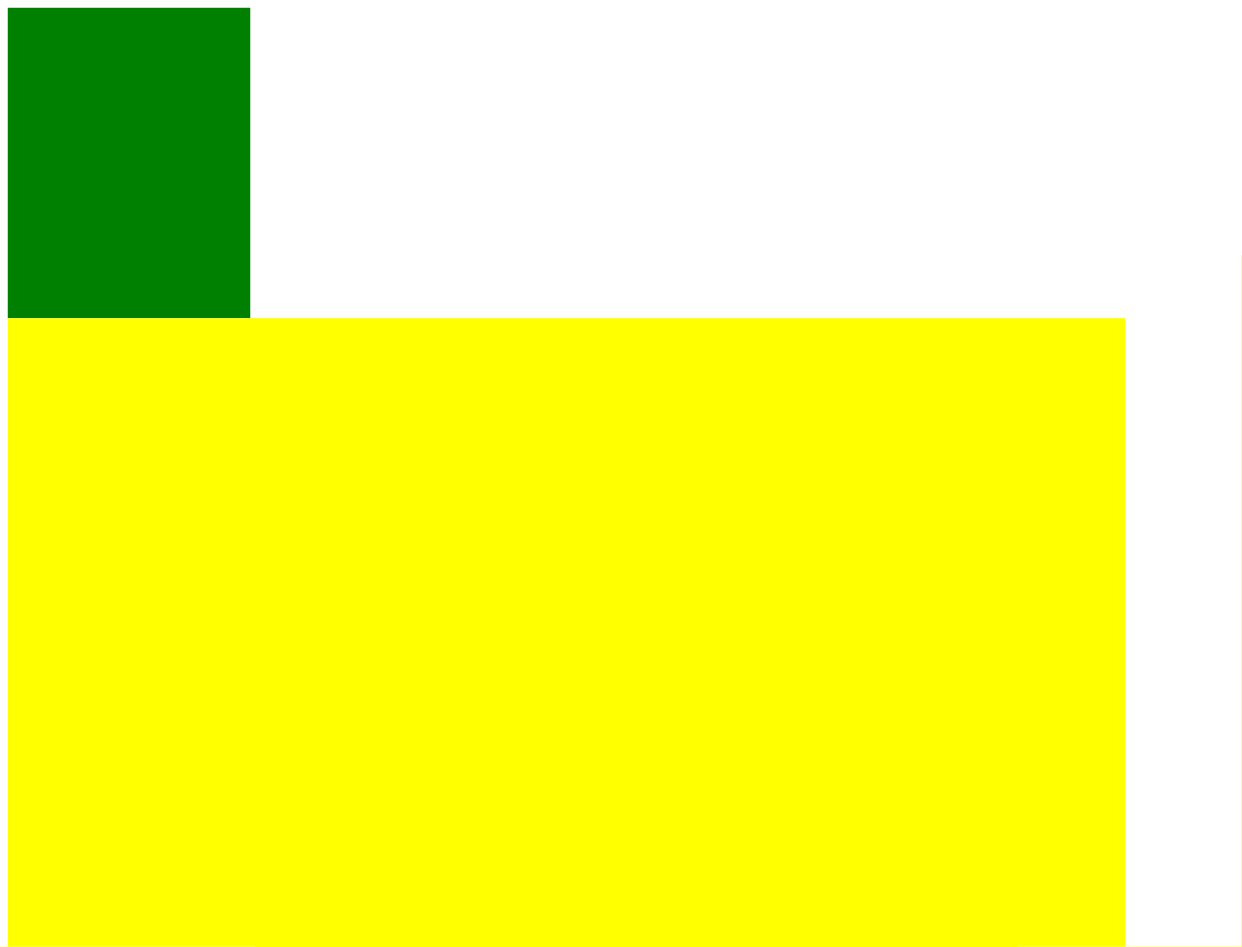
Repository: maixuanhieu/giftcard
Page: index.html
An editor plug-in stored every save of this project. The page is shown before and after a run of saves, followed by the edit.
The browser window is 1280 px wide. The pictures show the whole page, at 97% of full size.
The style sheet was rebuilt from its Sass, Less or Tailwind sources for each picture, by a compiler version that may differ from the author's.

Above is the page before, as saved 2021-11-16 13:53:16.

### index.html
<!DOCTYPE html>
<html lang="en">
<head>
    <meta charset="UTF-8">
    <meta http-equiv="X-UA-Compatible" content="IE=edge">
    <meta name="viewport" content="width=device-width, initial-scale=1.0">
    <title>CSS Flip Card</title>
    <link rel="stylesheet" href="style.css">
</head>
<body>
    <div class="maincontainer"></div>

    <div class="thecard"></div>

    <div class="thefront"></div>

    <div class="theback"></div>
</body>
</html>

### style.scss
.maincontainer{
    position: relative;
    width: 250px;
    height: 320px;
    background: green;
}

.thecard{
    position: absolute;
    width: 90%;
    height: 90%;
    transform-style: preserve-3d;
    transition: all 0.5s ease;
    background: yellow;
}

After the next 3 saves:
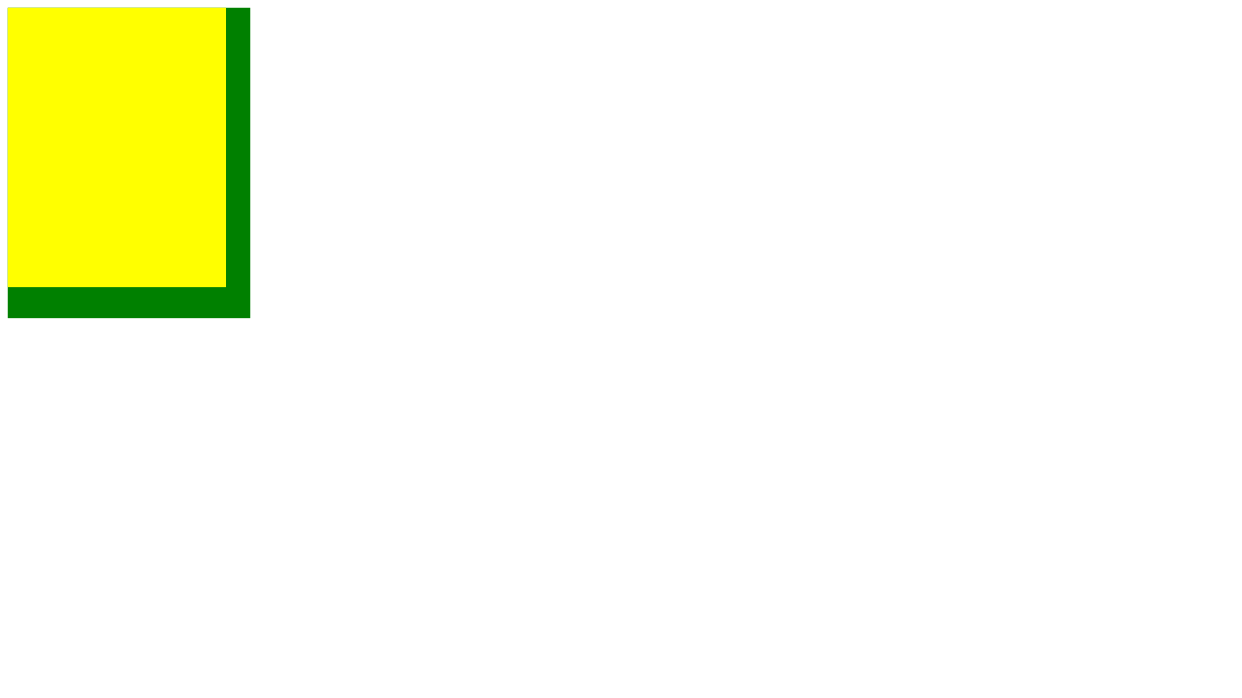
The 3 saves are shown as one change because they came seconds apart.
The last was saved 30 s later.
--- a/index.html
+++ b/index.html
@@ -1,5 +1,6 @@
 <!DOCTYPE html>
 <html lang="en">
+
 <head>
     <meta charset="UTF-8">
     <meta http-equiv="X-UA-Compatible" content="IE=edge">
@@ -7,13 +8,17 @@
     <title>CSS Flip Card</title>
     <link rel="stylesheet" href="style.css">
 </head>
+
 <body>
-    <div class="maincontainer"></div>
+    <div class="maincontainer">
 
-    <div class="thecard"></div>
+        <div class="thecard"></div>
 
-    <div class="thefront"></div>
+        <div class="thefront"></div>
 
-    <div class="theback"></div>
+        <div class="theback"></div>
+
+    </div>
 </body>
+
 </html>
